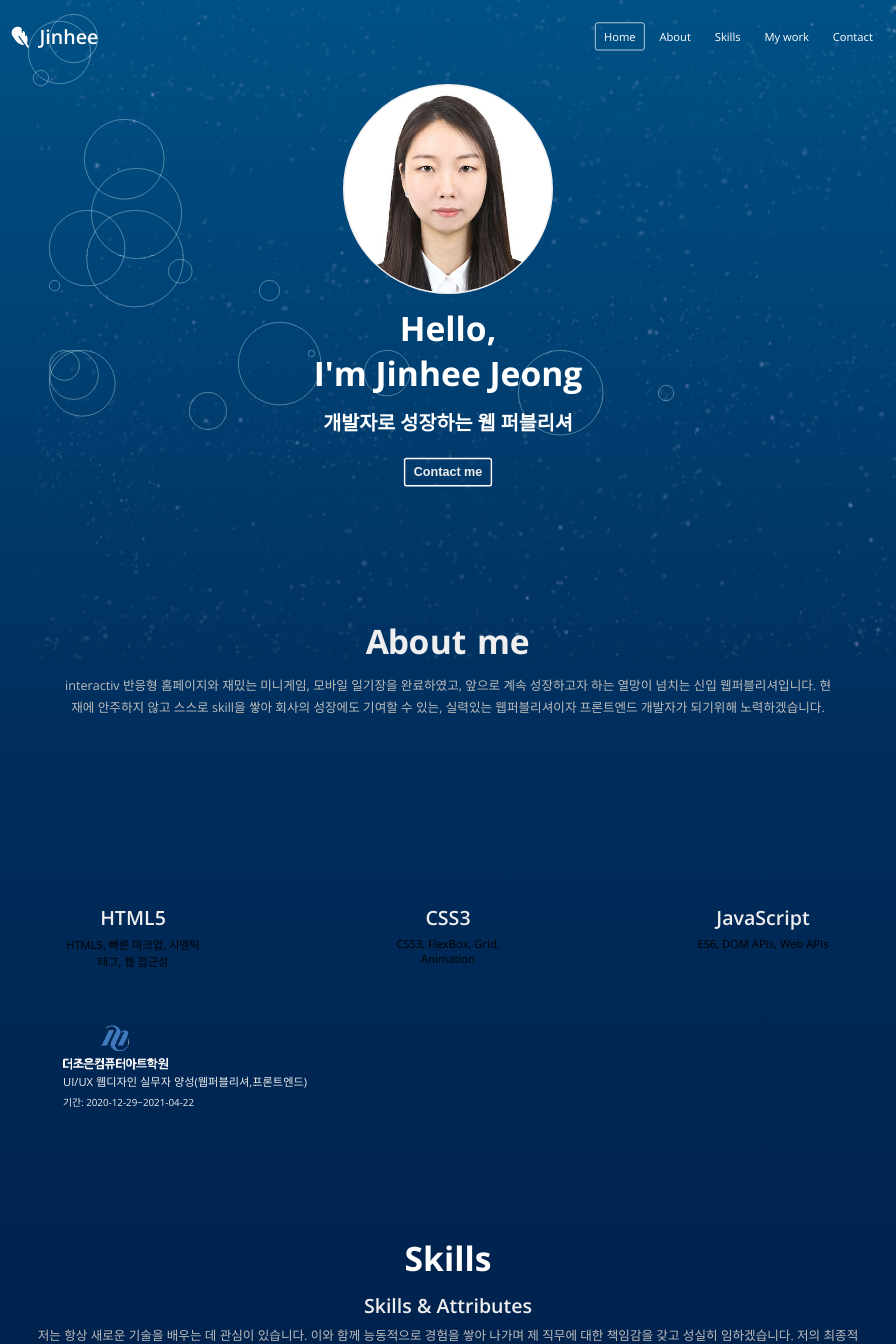
Repository: jinhee196/portfolio
Page: index.html
These files come from the project's save history. The page is drawn as it stood at one moment and after the next save; the edit follows.
The browser window is 1280 px wide. The pictures show the part of the page from y = 0 to 1920 px (the page is 4595 px tall before and 4760 px after), at 70% of full size.
Some web libraries are served in a nearby version.

Above is the page before, as saved 2021-07-07 19:02:36.

After the next save:
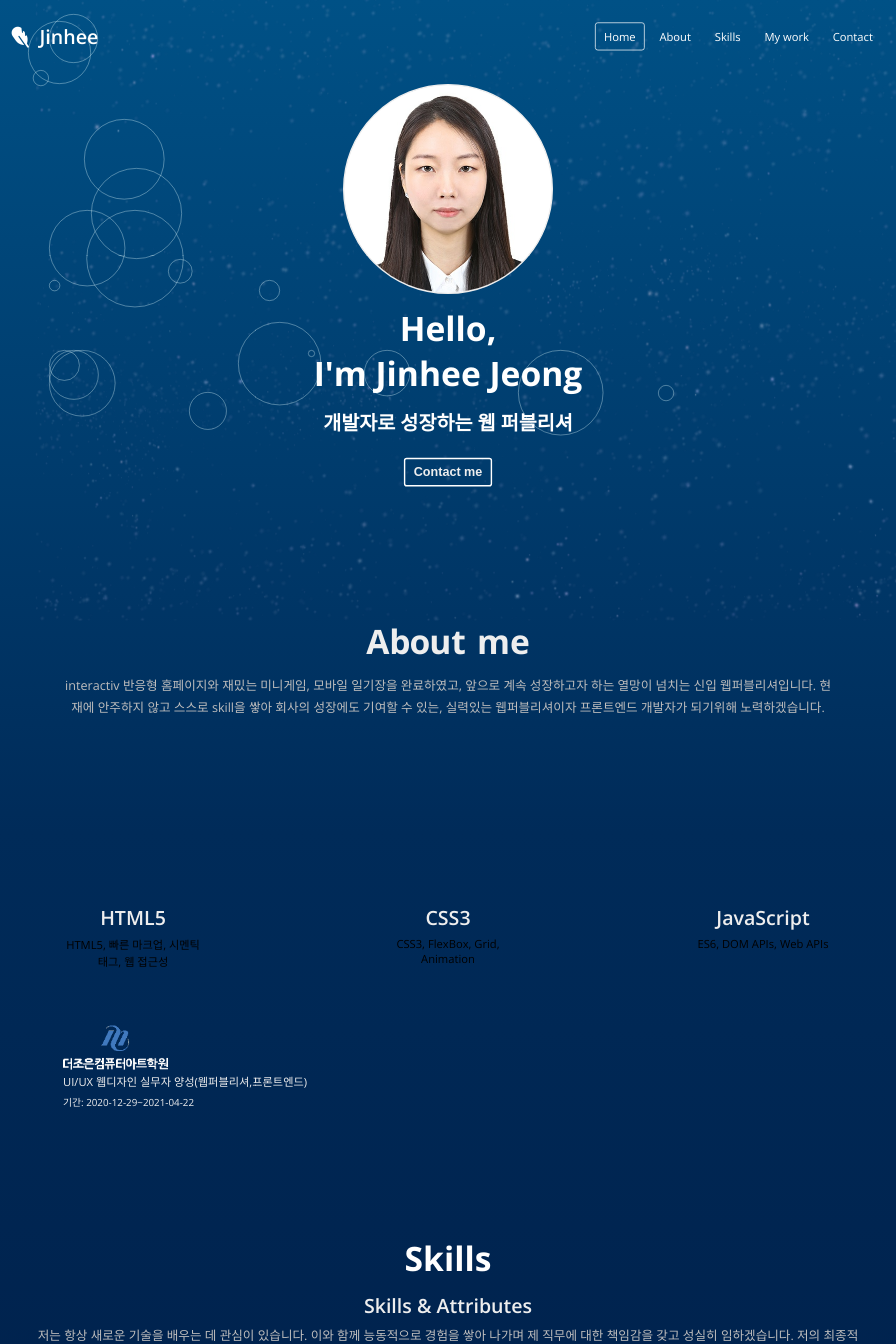
Saved 61 s later.
--- a/index.html
+++ b/index.html
@@ -316,8 +316,8 @@
             <a href="https://github.com/jinhee196" target="_blank" >
                 <i class="fab fa-github"></i>
             </a>
-            <a href="https://www.notion.so/Javascript-f6514efff28d4b988004ffc961416185" target="_blank">
-                <img src="img/notion.png" alt="notion" class="notion">
+            <a href="https://www.notion.so/Javascript-f6514efff28d4b988004ffc961416185" target="_blank" class="notion">
+                <img src="img/notion.png" alt="notion" >
             </a>
         </div>
         <p class="contact__rights">2021 Jinhee - All rights reserved</p>
